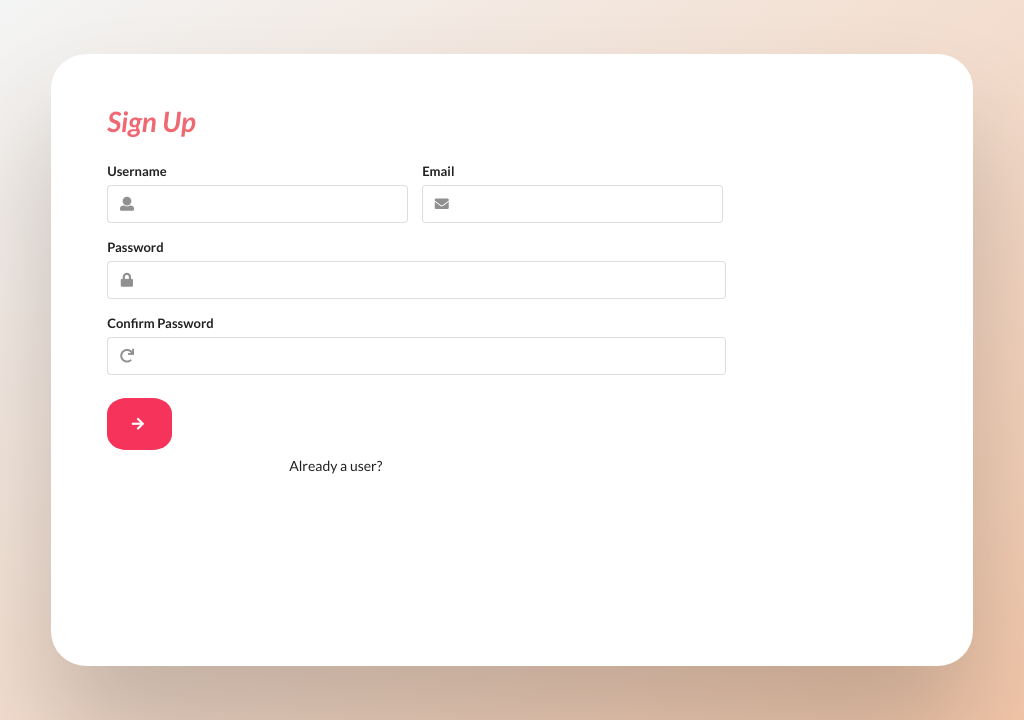
Repository: ajayaj2001/healthcare-digitization
Page: /register
An editor plug-in stored every save of this project. The page is shown before and after the next save, followed by the edit.
The browser window is 1024 px wide. The pictures show the whole page.
The project was rebuilt for these pictures with package versions that can differ from the ones it lists, and the page was loaded fresh each time. Also part of the build but not shown: src/component/userType/UserType.scss, src/component/userType/UserType.js, src/component/login/Login.scss, src/component/login/loginForm/LoginForm.scss, src/component/login/loginForm/LoginForm.js, src/component/login/Login.js.

Above is the page before, as saved 2021-03-12 22:26:23.

### public/index.html
<!DOCTYPE html>
<html lang="en">

<head>
  <meta charset="utf-8" />
  <meta name="viewport" content="width=device-width, initial-scale=1" />
  <meta name="theme-color" content="#000000" />
  <meta name="description" content="Web site created using create-react-app" />
  <link rel="stylesheet" href="https://fonts.googleapis.com/css?family=Roboto:300,400,500,700&display=swap" />
  <link rel="stylesheet" href="https://fonts.googleapis.com/icon?family=Material+Icons" />

  <!--
      manifest.json provides metadata used when your web app is installed on a
      user's mobile device or desktop. See https://developers.google.com/web/fundamentals/web-app-manifest/
    -->
  <!-- <link rel="manifest" href="%PUBLIC_URL%/manifest.json" /> -->
  <!--
      Notice the use of %PUBLIC_URL% in the tags above.
      It will be replaced with the URL of the `public` folder during the build.
      Only files inside the `public` folder can be referenced from the HTML.

      Unlike "/favicon.ico" or "favicon.ico", "%PUBLIC_URL%/favicon.ico" will
      work correctly both with client-side routing and a non-root public URL.
      Learn how to configure a non-root public URL by running `npm run build`.
    -->
  <title>medical</title>
</head>

<body>
  <noscript>You need to enable JavaScript to run this app.</noscript>
  <div id="root"></div>
  <!--
      This HTML file is a template.
      If you open it directly in the browser, you will see an empty page.

      You can add webfonts, meta tags, or analytics to this file.
      The build step will place the bundled scripts into the <body> tag.

      To begin the development, run `npm start` or `yarn start`.
      To create a production bundle, use `npm run build` or `yarn build`.
    -->
</body>

</html>

### src/index.js
import React from 'react';
import ReactDOM from 'react-dom';
import './index.scss';
import App from './component/app/App';
import 'semantic-ui-css/semantic.min.css'


ReactDOM.render(
  // <React.StrictMode>
    <App />
  // </React.StrictMode>
  ,
  document.getElementById('root')
);

### src/index.scss
code {
  font-family: source-code-pro, Menlo, Monaco, Consolas, "Courier New", monospace;
}
@mixin respond($breakpoint) {
  @if $breakpoint == phone {
    @media (max-width: 37.5em) {
      @content;
    }
  }

  @if $breakpoint == tab-land {
    @media (max-width: 75em) {
      @content;
    }
  }
  @if $breakpoint == tab-port {
    @media (max-width: 56.25em) {
      @content;
    }
  }
  @if $breakpoint == big-desktop {
    @media (min-width: 112.5em) {
      @content;
    }
  }
}

*,
*::after,
*::before {
  margin: 0;
  padding: 0;
  box-sizing: inherit;
}
body {
  font-family: "Lato", sans-serif;
  font-weight: 400;
  font-size: 16px;
  line-height: 1.7;
  color: #777;
  //padding: 30px;
  box-sizing: border-box;
  @include respond(tab-port) {
    padding: 0;
  }
}

html {
  font-size: 62.5%; //1rem=10px 10px/16px=62.5%
  @include respond(tab-land) {
    //width <1200
    font-size: 56.25%; //1rem=9px
  }
  @include respond(tab-port) {
    //<width <900
    font-size: 50%; //1rem=8px
  }
  // @include respond(phone) {
  //     //<width<600
  //     font-size: 40%; //1rem=4.8px
  // }
  @include respond(big-desktop) {
    //>1200
    font-size: 75%; //1rem=12
  }
}

### src/component/app/App.js
import './App.scss';

import UserType from "../userType/UserType";
import Login from '../login/Login';
import Register from '../register/Register';

function App() {
  return (
    <div className="App">
      {/* <UserType /> */}
      {/* <Login/> */}
      <Register/>
    </div>
  );
}

export default App;

### src/component/register/Register.js
import React from 'react'

import './Register.scss'
import sideImage from '../../img/img-2.jpg'
import RegisterForm from './registerForm/RegisterForm'

const Register = () => {
    return (
        <div className="container">
            <div className="register">
                <div className="register__signup">
                    <div className="register__signup--form"><RegisterForm /></div>
                </div>

                <img src={sideImage} alt="rocket" className="register__image" />
            </div>
        </div>
    )
}

export default Register

### src/component/register/Register.scss
.container {
    margin: 0;
    background-image: linear-gradient(to right bottom, #f3f4f4, #f1bd9ad8);
    height: 100vh;
    display: flex;
    justify-content: center;
    align-items: center;
}

.register {
    background-color: white;
    width: 90%;
    height: 85%;
    display: grid;
    grid-template-columns: 60% 40%;
    @media (max-width: 65em) {
        grid-template-columns: 90%;
      }
    border-radius: 2.5rem;
    overflow: hidden;
    box-shadow: 0 5rem 8rem rgba(black, 0.2);
    &__signup {
        display: flex;
        flex-direction: column;

        &--form {
            height: 70%;
        }
    }

    &__image {
        width: 100%;
        height: 100%;
    }
    @media (max-width: 65em) {
        &__image {
            display: none;
        }
      }
}

### src/component/register/registerForm/RegisterForm.js
import React, { useState } from 'react'
import { Form, Icon, Message } from 'semantic-ui-react'
// import { Link } from 'react-router-dom';
// import firebase from '../../../../firebase';
import './RegisterForm.scss'
const RegisterForm = () => {

    const [errors, seterrors] = useState("")
    const [username, setUsername] = useState("");
    const [email, setEmail] = useState("");
    const [password, setPassword] = useState("");
    const [confirmPassword, setConfirmPassword] = useState("");
    const [loading, setLoading] = useState(false);
    // const [usersRef] = useState(firebase.database().ref('users'));




    const isFormValid = () => {
        if (!username || !email || !password || !confirmPassword) {
            seterrors("Fill all the fields");
            return false;
        }
        else if (password.length < 6 || confirmPassword.length < 6) {
            if (password !== confirmPassword) {
                seterrors("Password dont match")
                return false;
            }
            else {
                seterrors("Password atleast have 6 character")
                return false;
            }
        }
        else {
            return true;
        }
    }


    const formSubmit = (event) => {
        event.preventDefault();
        if (isFormValid()) {
            setLoading(true)
            // firebase
            //     .auth()
            //     .createUserWithEmailAndPassword(email, password)
            //     .then(createdUser => {
            //         seterrors("");
            //         createdUser.user.updateProfile({
            //             displayName: username,
            //             photoURL: `http://gravatar.com/avatar/${md5(createdUser.user.email)}?d=identicon`
            //         })
            //             .then(() => {
            //                 usersRef.child(createdUser.user.uid).set({
            //                     name: createdUser.user.displayName,
            //                     avatar: createdUser.user.photoURL
            //                 });
            //                 setLoading(false);
            //             })
            //             .catch((err) => {
            //                 console.log(err);
            //                 setLoading(false);
            //                 seterrors(err.message);
            //             })
            //     })
            //     .catch(err => {
            //         seterrors(err.message);
            //         setLoading(false);
            //     });
        }
    }


    return (
        <div className="registerform">
            {
                errors ? <Message error className="registerform__error" ><h2>Error  :  {errors}</h2></Message> : ""

            }

            <h4 className="registerform__heading">Sign Up </h4>
            <Form onSubmit={formSubmit}>
                <Form.Group >
                    <Form.Input
                        fluid
                        id='form-subcomponent-shorthand-input-first-name'
                        label='Username'
                        className="registerform__input1"
                        icon="user"
                        iconPosition="left"
                        type="text"
                        onChange={(event) => setUsername(event.target.value)}
                        value={username}
                    />
                    <Form.Input
                        fluid
                        id='form-subcomponent-shorthand-input-last-name'
                        label='Email'
                        icon="mail"
                        iconPosition="left"
                        type="email"
                        onChange={(event) => setEmail(event.target.value)}
                        value={email}

                        className={errors.toLowerCase().includes('email') ? 'error  registerform__input1' : ' registerform__input1'}
                    />
                </Form.Group>
                <Form.Input
                    fluid
                    name="username"
                    icon="lock"
                    iconPosition="left"
                    label="Password"
                    type="password"
                    onChange={(event) => setPassword(event.target.value)}
                    value={password}
                    className={errors.toLowerCase().includes('password') ? 'error registerform__input2' : ' registerform__input2'}
                />
                <Form.Input
                    fluid
                    name="username"
                    icon="repeat"
                    iconPosition="left"
                    label="Confirm Password"
                    type="password"
                    onChange={(event) => setConfirmPassword(event.target.value)}
                    value={confirmPassword}
                    className={errors.toLowerCase().includes('password dont match') ? 'error registerform__input2' : 'registerform__input2'}
                />
                <button type='submit' disabled={loading} className={loading ? 'loading registerform__button' : "registerform__button"} ><Icon name="arrow right" /> </button>
            </Form>
            <div className="registerform__link">Already a user?{/*<Link to="/login">  Login</Link>*/}</div>

        </div>
    )
}

export default RegisterForm

### src/component/register/registerForm/RegisterForm.scss
.registerform {
    margin-top: 3.5rem;
    padding-left: 4rem;
    &__heading {
        padding-bottom: 0.6rem;
        color: #ef6973;
        font-size: 2rem;
        font-weight: 900;
        font-style: italic;
    }
    &__input1 {
        width: 40%;
    }
    &__input2 {
        width: 80%;
    }
    &__button {
        background-color: #f6335b;
        border: none;
        padding: 1.3rem 1.6rem;
        border-radius: 30%;
        color: white;
        margin-top: 0.6rem;
    }
    &__button:focus {
        outline: none;
        background-color: #fd012b;
    }
    &__link {
        padding-top: 0.4rem;
        padding-left: 13rem;
    }
    &__error {
        margin-top: -2rem !important;
        padding: 1.3rem !important;
    }
}

Loaded but not shown: src/component/app/App.scss (no stored copy; drawn as an empty file)

After the next save:
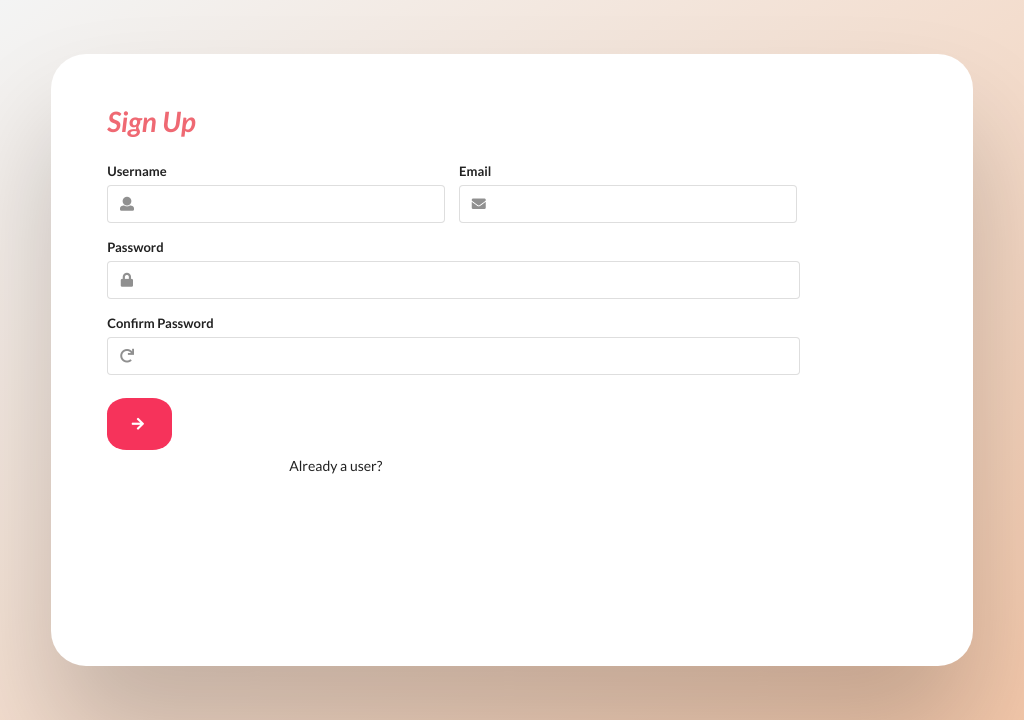
Saved 78 s later.
--- a/src/component/register/Register.scss
+++ b/src/component/register/Register.scss
@@ -14,7 +14,7 @@
     display: grid;
     grid-template-columns: 60% 40%;
     @media (max-width: 65em) {
-        grid-template-columns: 90%;
+        grid-template-columns: 100%;
       }
     border-radius: 2.5rem;
     overflow: hidden;
